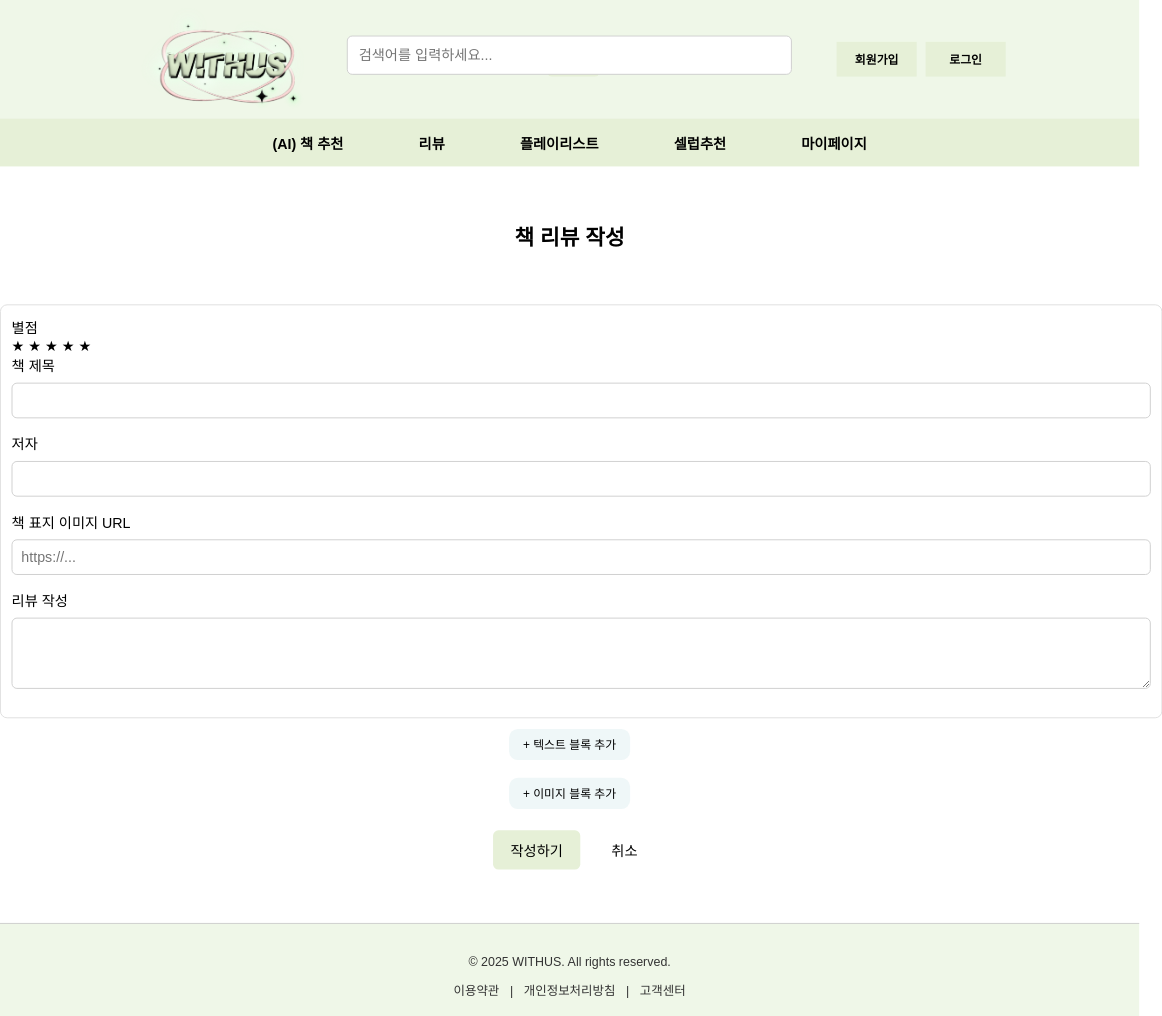
Repository: book-recommendation-team/book_recommendation_web_project
Page: http://localhost/2025_teamproject/reviewForm.jsp
An editor plug-in stored every save of this project. The page is shown before and after the next save, followed by the edit.
The browser window is 1280 px wide. The page is 1306 px wide, then 1280 px, so the pictures cover 1306 px, including what lies to the right of the window. The pictures show the whole page, at 89% of full size.
The page is served by Tomcat 9. Other server files are loaded and not shown.

Above is the page before, as saved 2025-07-04 07:29:07.

### 2025_teamproject/src/main/webapp/reviewForm.jsp
<%@ page contentType="text/html; charset=UTF-8" language="java"%>
<!DOCTYPE html>
<html>
<link rel="stylesheet"
	href="https://cdnjs.cloudflare.com/ajax/libs/font-awesome/6.5.0/css/all.min.css" />
<link rel="stylesheet" href="./css/celebList.css" />
<%@ include file="css/main_css.jsp"%>
<%@ include file="./main2.jsp"%>
<link rel="icon" href="img/icon2.png" type="image/x-icon">
<head>
<title>리뷰 작성</title>
<style>
body {
	font-family: 'Arial', sans-serif;
	margin: 0;
	padding: 0;
	background-color: #fff;
}

.container {
	max-width: 1000px;
	margin: 30px auto;
	padding: 0 16px;
}

h2 {
	text-align: center;
	margin: 60px;
}

input[type="text"], input[type="file"], textarea {
	box-sizing: border-box;
	width: 100%;
	padding: 10px;
	margin-top: 8px;
	margin-bottom: 16px;
	border: 1px solid #ccc;
	border-radius: 6px;
	font-size: 1rem;
}

.editor-block {
	width: 100%;
	border: 1px solid #ddd;
	padding: 12px;
	border-radius: 8px;
	margin-bottom: 12px;
	background-color: #fff;
}

.editor-block textarea {
	resize: vertical;
	min-height: 80px;
}

.editor-block input[type="file"] {
	background-color: #f4f4f4;
}

.button-box {
	text-align: center;
	margin-top: 24px;
}

.button-box button {
	padding: 10px 20px;
	font-size: 1rem;
	border: none;
	border-radius: 6px;
	margin-left: 10px;
	cursor: pointer;
}

.submit-btn {
	background-color: #e6f0d7;
	color: black;
}

.cancel-btn {
	background-color: #fff;
	color: black;
}

.add-block-btn {
	display: block;
	margin: 0 auto 20px;
	padding: 8px 16px;
	border-radius: 10px;
	background-color: #eff7f8;
	color: black;
	border: none;
	cursor: pointer;

/* 별점 */
.rating {
    direction: rtl;
    align-self: flex-start;
    /* 부모가 flex일 때 자식만 왼쪽 정렬 */
    margin-left: 80px;
    /* 살짝 띄우기 (선택) */
    font-size: 30px;
    color: #ccc;
    cursor: pointer;
}

.star {
    color: #ffffff;
    transition: color 0.2s;
    margin-bottom: 30px;
}

.star.selected,
.star:hover,
.star:hover~.star {
    color: gold;
}
</style>
</head>
<body>
	<h2>책 리뷰 작성</h2>
		<form action="submitReview" method="post"
			enctype="multipart/form-data">
			<div id="editor-area">
				<div class="editor-block">
					<div class="rating-wrap">
					  <label>별점</label>
					        <div class="rating">
					            <span class="star" data-value="5">★</span>
					            <span class="star" data-value="4">★</span>
					            <span class="star" data-value="3">★</span>
					            <span class="star" data-value="2">★</span>
					            <span class="star" data-value="1">★</span>
					            <input type="hidden" name="rating" id="rating" value="0">
					        </div>

					</div>
					<label>책 제목</label> <input type="text" name="title" required>
					<label>저자</label> <input type="text" name="author" required>
					<label>책 표지 이미지 URL</label> <input type="text" name="coverImageUrl"
						placeholder="https://..." required> <label>리뷰 작성</label>
					<textarea name="reviewText" required></textarea>
				</div>
			</div>
		</form>


	<!-- 블록 추가 버튼 -->
	<div style="text-align: center; margin-bottom: 20px;">
		<button type="button" class="add-block-btn"
			onclick="addEditorBlock('text')">+ 텍스트 블록 추가</button>
		<button type="button" class="add-block-btn"
			onclick="addEditorBlock('image')">+ 이미지 블록 추가</button>
	</div>

	<div class="button-box">
		<button type="submit" class="submit-btn">작성하기</button>
		<button type="button" class="cancel-btn" onclick="history.back()">취소</button>
	</div>
	</form>
	</div>

	<footer>
		<div class="footer-container">
			<p>&copy; 2025 WITHUS. All rights reserved.</p>
			<div class="footer-links">
				<a href="#">이용약관</a> | <a href="#">개인정보처리방침</a> | <a href="#">고객센터</a>
			</div>
		</div>
	</footer>

	<script>
	let blockCount = 1;

	function addEditorBlock(type) {
		blockCount++;
		const editorArea = document.getElementById("editor-area");

		const blockDiv = document.createElement("div");
		blockDiv.className = "editor-block";

		if (type === "text") {
			blockDiv.innerHTML = `
				<label>텍스트 입력</label>
				<textarea name="contentBlock${blockCount}_text"></textarea>
			`;
		} else if (type === "image") {
			blockDiv.innerHTML = `
				<label>이미지 업로드</label>
				<input type="file" name="contentBlock${blockCount}_image" accept="image/*">
			`;
		} else {
			alert("알 수 없는 블록 타입입니다.");
			return;
		}

		editorArea.appendChild(blockDiv);
	}
	</script>
</body>
</html>

### 2025_teamproject/src/main/webapp/css/main_css.jsp
<%@ page language="java" contentType="text/html; charset=UTF-8"
    pageEncoding="UTF-8"%>
<!DOCTYPE html>
<style>
  /* 기본 스타일 (기존 유지) */
body {
    font-family: 'Arial', sans-serif;
    margin: 0;
    padding: 0;
    background-color: #fff;
}

header {
    display: flex;
    justify-content: space-between;
    align-items: center;
    background-color: #eff7e8;
    padding: 0px;
}

#logo img {
    width: 200px;
    height: auto;
    margin-left: 150px;
}

#logo a img {
    cursor: pointer;
}

#search-box {
    padding: 12px;
    width: 500px;
    border: 1px solid #ccc;
    position: absolute;
    left: 50%;
    transform: translateX(-50%);
}

.search-group {
    position: absolute;
    left: 50%;
    transform: translateX(-50%);
    display: flex;
    align-items: center;
}

#search-btn {
    background-color: #e6f0d7;
    border: none;
    padding: 10px 16px;
    margin-left: 8px;
    font-weight: bold;
    cursor: pointer;
    border-radius: 4px;
}

#search-btn:hover {
    background-color: #cce0b8;
}

#logout-btn,
#user-buttons button {
    background-color: #e6f0d7;
    border: none;
    padding: 10px 16px;
    cursor: pointer;
    width: 90px;
    font-weight: bold;
}

nav {
    background-color: #e6f0d7;
    text-align: center;
    padding: 15px 0;
}

nav a {
    text-decoration: none;
    margin: 0 40px;
    color: #000;
    font-weight: bold;
}

nav a:hover {
    text-decoration: underline;
}

#user-buttons {
    display: flex;
    gap: 10px;
    margin-right: 150px;
}

.banner {
    position: relative;
    width: 100%;
    height: 650px;
    overflow: hidden;
      background-color: transparent;
}

.banner img {
    position: absolute;
    top: 0;
    left: 0;
    width: 100%;
    height: 100%;
    object-fit: cover;
    object-position: center center;
    z-index: 1;
}

.banner-controls {
    position: absolute;
    bottom: 10px;
    right: 10px;
    z-index: 3;
    display: flex;
    gap: 6px;
}

.banner-controls button {
    background-color: rgba(255, 193, 7, 0.9);
    border: none;
    padding: 6px 8px;
    font-size: 14px;
    border-radius: 5px;
    cursor: pointer;
    color: #000;
    transition: background-color 0.3s ease;
}

.banner-controls button:hover {
    background-color: rgba(255, 160, 0, 0.95);
}

.section-title {
    background-color: #e6f0d7;
    display: flex;
    justify-content: center;
    flex-wrap: wrap;
    gap: 34px;
    padding: 18px 0;
     width: 100%;        /* ✅ 추가 */
    margin: 8px 0;      /* ✅ 가운데 정렬 제거 */
}

.section-title a {
    text-decoration: none;
    margin: 0 20px;
    color: #000;
    font-weight: bold;
}

.section-title a:hover {
    text-decoration: underline;
}

.main_list {
    padding: 20px;
    text-align: center;
}

 .tag-list {
    display: flex;
    justify-content: center;
    flex-wrap: wrap;
    gap: 12px;
    margin: 20px 0;
}

.tag-button {
    background-color: #e6f0d7; /* 기본 연그린 */
    border: 1px solid transparent;
    padding: 8px 16px;
    border-radius: 20px;
    font-size: 14px;
    color: #446b3c; /* 그린 계열 텍스트 */
    cursor: pointer;
    font-weight: 600;
    transition: background-color 0.3s, color 0.3s, border 0.3s;
    outline: none;
}

.tag-button:hover {
    background-color: #d0e6c5;             /* hover 시 약간 더 진한 그린 */
    color: #2e4f25;
}

.tag-button.active {
    background-color: #c0dab0;             /* 클릭됐을 때 조금 더 강조 */
    border: 1px solid #8cb78a;             /* 테두리도 자연스러운 초록 */
    color: #2e4f25;                        /* 글자도 어울리는 진한 그린 */
}

.tag-button:focus {
    outline: none;
    box-shadow: none;
}

/* 책 슬라이더 스타일 */
.book-carousel {
    position: relative;
    max-width: 1000px;
    margin: 0 auto 40px auto;
    overflow: hidden;
}

.carousel-window {
    width: 1000px;
    overflow: hidden;
    margin: 0 auto;
}

.carousel-track {
    display: flex;
    transition: transform 0.5s ease;
}

/* 이전/다음 버튼 - 위치 고정, 색상 조정 */
.carousel-btn {
    position: absolute;
    top: 50%;
    transform: translateY(-50%);
    font-size: 26px;
    background-color: #f3f8ef;
    border: none;
    color: #444;
    cursor: pointer;
    padding: 8px 12px;
    border-radius: 50%;
    z-index: 2;
    display: flex;
    align-items: center;
    justify-content: center;
    transition: background-color 0.3s, color 0.3s;
    user-select: none;
}

.carousel-btn:hover {
    background-color: #c8dfb5;
    color: #000;
}

.carousel-btn.prev {
    left: 10px;
}

.carousel-btn.next {
    right: 10px;
}

.book-item {
    flex: 0 0 25%;
    text-align: center;
    padding: 10px;
    box-sizing: border-box;
}

.book-item img {
    width: 180px;
    height: 260px;
    object-fit: cover;
    border-radius: 6px;
}

.book-info {
    margin-top: 8px;
}

.book-title {
    font-size: 14px;
    font-weight: bold;
    margin-top: 10px;
    color: #444;
}

.book-author {
    font-size: 12px;
    color: #666;
}

footer {
    background-color: #eff7e8;
    color: #333;
    padding: 20px 0;
    text-align: center;
    font-size: 14px;
    border-top: 1px solid #ccc;
    margin-top: 60px;
}

.footer-container {
    max-width: 1000px;
    margin: 0 auto;
}

.footer-links a {
    color: #333;
    text-decoration: none;
    margin: 0 8px;
}

.footer-links a:hover {
    text-decoration: underline;
}

 /* 이전/다음 버튼 스타일 */
#carousel-prev-btn, #carousel-next-btn {
    font-size: 18px;
    padding: 5px 12px;
    margin: 10px 5px 20px 5px;
    cursor: pointer;
    border: 1px solid #446b3c;
    background: white;
    color: #446b3c;
    border-radius: 4px;
}
#carousel-prev-btn:hover, #carousel-next-btn:hover {
    background-color: #446b3c;
    color: white;
}
#scrollToTopBtn {
  position: fixed;
  bottom: 150px;
  right: 40px;
  width: 66px; /* 이미지와 딱 맞게 약간 키움 */
  height: 66px;
  background-color: transparent;
  border: none;
  border-radius: 0;
  transform: rotate(45deg);
  box-shadow: 0 4px 8px rgba(0, 0, 0, 0.15); /* 그림자 더 작고 약하게 */
  cursor: pointer;
  display: flex;
  justify-content: center;
  align-items: center;
  z-index: 999;
  transition: all 0.3s ease;
  backdrop-filter: blur(10px);
  padding: 0;
  margin-top: 0px; /* margin-top 제거 또는 0으로 */
}

#scrollToTopBtn img {
  width: 100%;
  height: 100%;
  object-fit: contain;
  transform: rotate(-45deg);
  display: block;
  transition: transform 0.3s ease;
  position: relative;
  top: 0;
  left: 0;
}

#scrollToTopBtn:hover {
  transform: rotate(45deg) translateY(2px); /* 움직임도 줄임 */
  box-shadow: 0 6px 10px rgba(0, 0, 0, 0.2); /* 호버시 그림자도 작게 */
}

#scrollToTopBtn:hover img {
  transform: scale(1.05) rotate(-45deg);
}

</style>

### 2025_teamproject/src/main/webapp/main2.jsp
<%@ page language="java" contentType="text/html; charset=UTF-8" pageEncoding="UTF-8"%>
<!DOCTYPE html>
<html>
<head>
    <meta charset="UTF-8">
    <title>WITHUS</title>
    <%@ include file="css/main_css.jsp" %>
    <link rel="icon" href="img/icon2.png" type="image/x-icon">
</head>

<script src="https://cdn.jsdelivr.net/npm/swiper@11/swiper-bundle.min.js"></script>

<body>
<header>
 <div id="logo">
  <a href="main.jsp">
    <img src="img/logo.png" alt="로고">
  </a>
</div>

  <div class="search-group">
    <input type="text" id="search-box" placeholder="검색어를 입력하세요..." />
    <button id="search-btn">검색</button>
  </div>
  <div id="user-buttons">
    <button id="join-btn" onclick="location.href='join.jsp'">회원가입</button>
    <button id="login-btn" onclick="location.href='Login.jsp'">로그인</button>
  </div>
</header>

	<nav>
		<a href="#">(AI) 책 추천</a> <a
			href="${pageContext.request.contextPath}/reviewList">리뷰</a> <a
			href="#">플레이리스트</a> <a
			href="${pageContext.request.contextPath}/celebList">셀럽추천</a> <a
			href="#">마이페이지</a>
	</nav>
</body>
</html>

### 2025_teamproject/src/main/webapp/css/celebList.css
@charset "UTF-8";

body {
	font-family: 'Arial', sans-serif;
	margin: 0;
	padding : 0;
	background-color: #fff;
	padding: 0;
}

.container {
	max-width: 1200px;
	margin: 30px auto;
}

.grid {
	display: grid;
	grid-template-columns: repeat(auto-fill, minmax(220px, 1fr));
	gap: 30px;
}

.card {
	margin-top: 20px;
	position: relative;
	background-color: #fff;
	border-radius: 5px;
	overflow: hidden;
	box-shadow: 0 4px 10px rgba(0, 0, 0, 0.08);
	transition: transform 0.2s ease;
	text-decoration: none;
	color: #000;
}

.card:hover {
	transform: translateY(-2px);
}

.card img {
	width: 100%;
	height: 260px;
	object-fit: cover;
}

.card-content {
	padding: 12px 14px;
}

.card-title {
	font-size: 1rem;
	font-weight: bold;
	margin-bottom: 5px;
}

.card-desc {
	font-size: 0.875rem;
	color: #555;
	line-height: 1.4;
	height: 2.6em;
	overflow: hidden;
	text-overflow: ellipsis;
}

/* 북마크 아이콘 */
.bookmark-icon {
	position: absolute;
	top: 12px;
	right: 12px;
	font-size: 1.2rem;
	color: rgba(255, 255, 255, 0.5);
	padding: 6px;
	border-radius: 50%;
	transition: color 0.2s ease;
}

.bookmark-icon:hover {
	color: #fff;
}

#topBtn {
	position: fixed;
	bottom: 40px;
	right: 40px;
	z-index: 9999;
	background-color: white;
	color: gray;
	border: none;
	border-radius: 50%;
	padding: 16px 18px;
	cursor: pointer;
	box-shadow: 0 8px 8px rgba(0,0,0,0.4);
	font-size: 1.5rem;
}

After the next save:
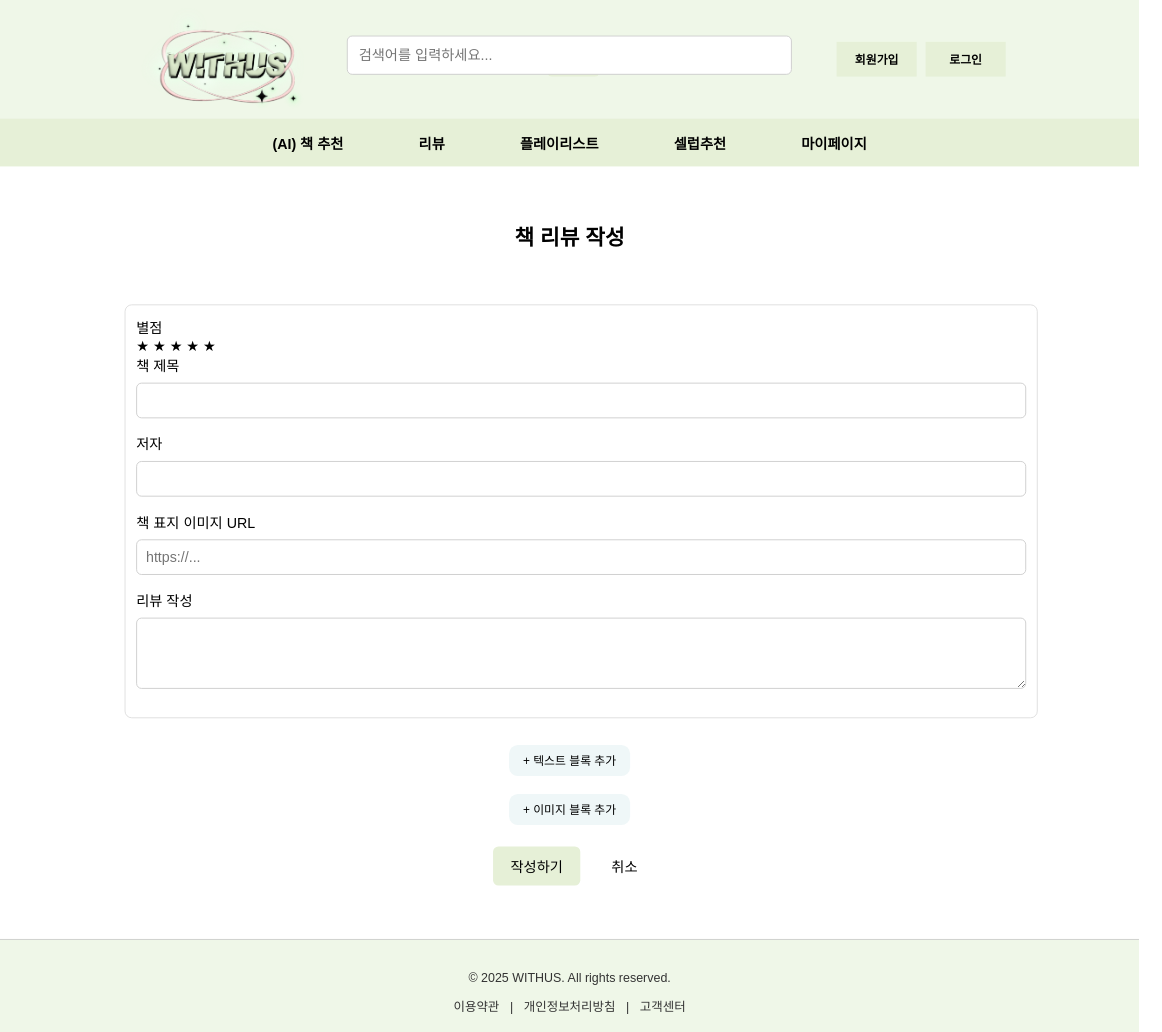
Saved 8 s later.
--- a/2025_teamproject/src/main/webapp/reviewForm.jsp
+++ b/2025_teamproject/src/main/webapp/reviewForm.jsp
@@ -117,7 +117,8 @@ input[type="text"], input[type="file"], textarea {
 </style>
 </head>
 <body>
-	<h2>책 리뷰 작성</h2>
+	<div class="container">
+		<h2>책 리뷰 작성</h2>
 		<form action="submitReview" method="post"
 			enctype="multipart/form-data">
 			<div id="editor-area">
@@ -142,6 +143,7 @@ input[type="text"], input[type="file"], textarea {
 				</div>
 			</div>
 		</form>
+	</div>
 
 
 	<!-- 블록 추가 버튼 -->
